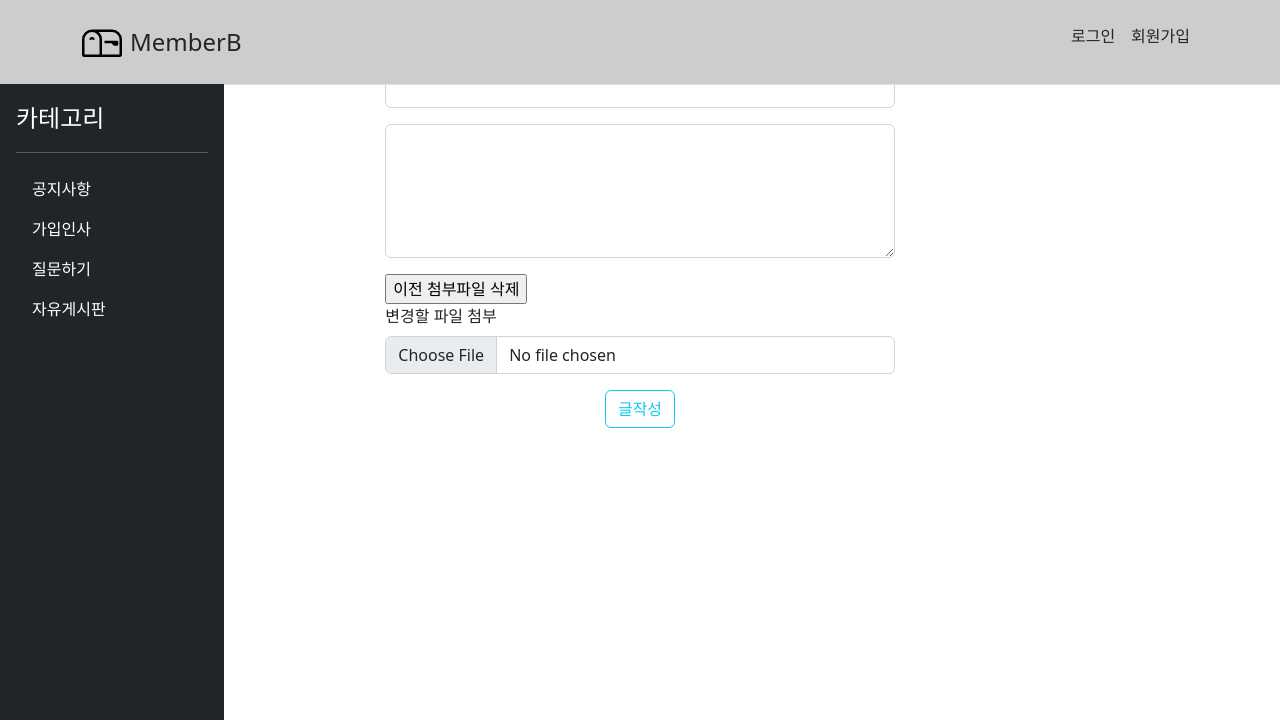
Repository: charmErin/board_220915
Page: http://localhost/board/WEB-INF/views/board/update.jsp
An editor plug-in stored every save of this project. The page is shown before and after the next save, followed by the edit.
The browser window is 1280 px wide. The pictures show the whole page.
The page is served by Tomcat 9. Nobody is signed in. The template is opened directly, without the code that normally fills it, so the values that code supplies are empty.

Above is the page before, as saved 2022-09-15 01:56:34.

After the next save:
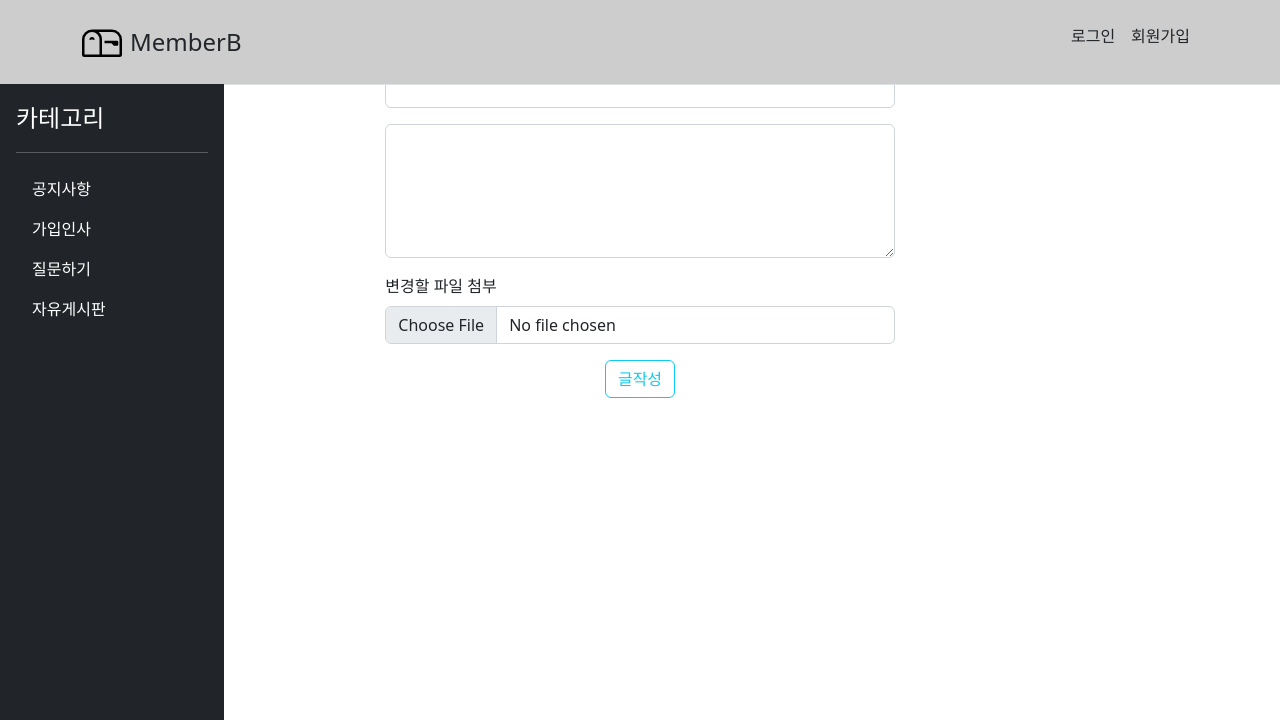
Saved 68 s later.
--- a/board/src/main/webapp/WEB-INF/views/board/update.jsp
+++ b/board/src/main/webapp/WEB-INF/views/board/update.jsp
@@ -47,7 +47,7 @@
 <!-- 			  <label for="formFile" class="form-label">현재 파일</label> -->
 <%-- 			  <input class="form-control" type="file" name="boardFileName" value="${board.boardFileName}"> --%>
 <!-- 			</div> -->
-			<input type="button" onclick="fileDelete()" value="이전 첨부파일 삭제">
+<!-- 			<input type="button" onclick="fileDelete()" value="이전 첨부파일 삭제"> -->
 			<div class="mb-3">
 			  <label for="formFile" class="form-label">변경할 파일 첨부</label>
 			  <input class="form-control" type="file" name="boardFile" id="formFile">
